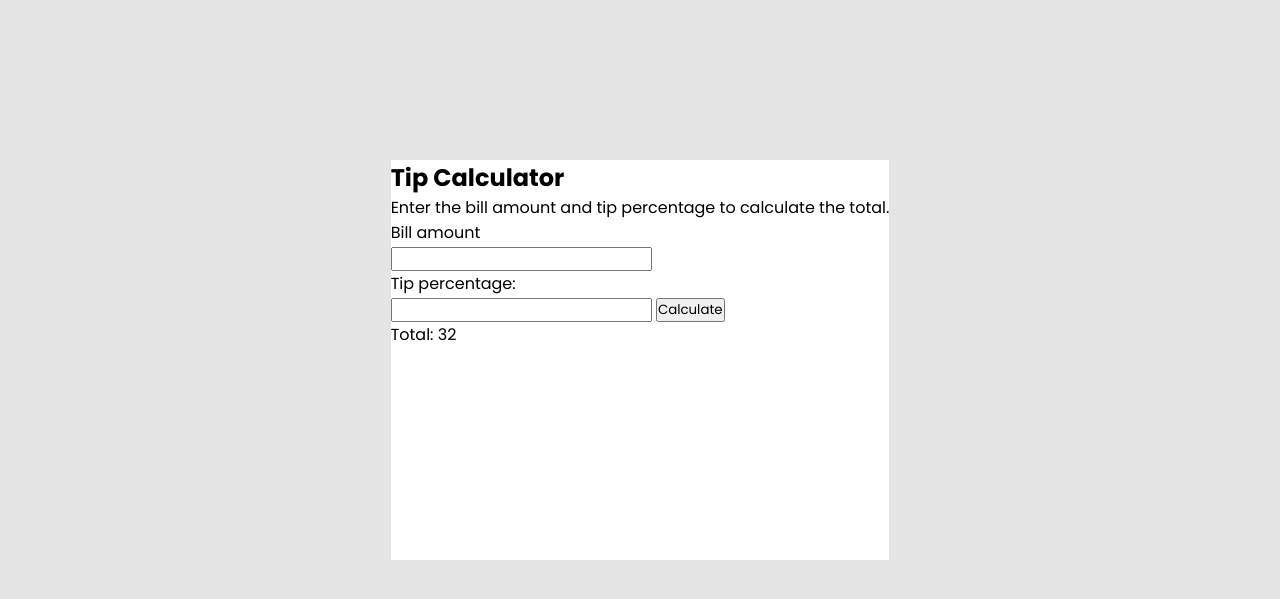
Repository: Ankitkr2021/Tip-Calculator
Page: index.html
The author's editor kept a copy of each file at every save. The page is drawn from the files as they stood at one save, then again after the next save.
The browser window is 1280 px wide. The pictures show the whole page.

Above is the page before, as saved 2025-10-27 10:50:01.

After the next save:
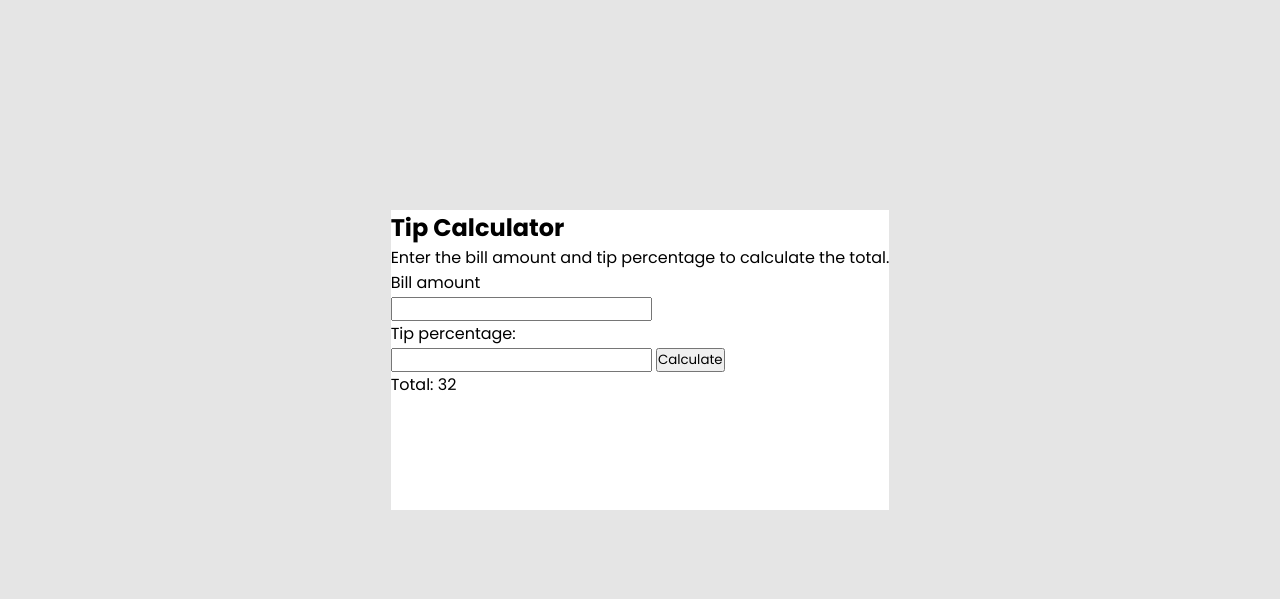
Saved 4 s later.
--- a/style.css
+++ b/style.css
@@ -18,5 +18,5 @@ body {
 
 .box {
     background: #fff;
-    height: 400px;
+    height: 300px;
 }
